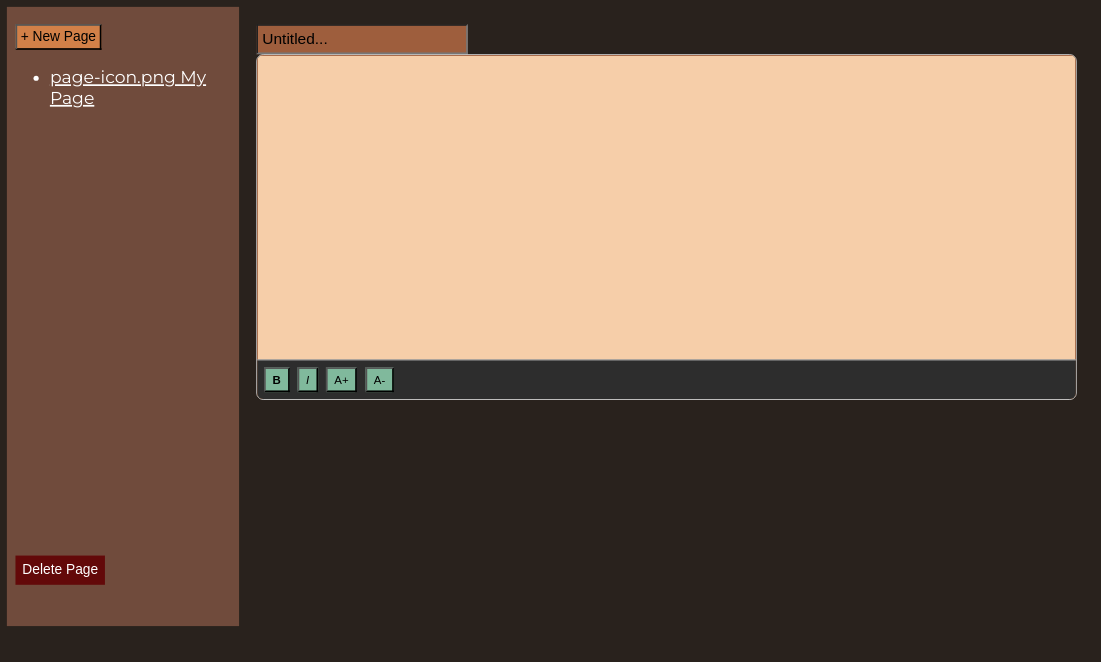
Repository: Dharshinimk-521/notes-app
Page: index.html
The author's editor kept a copy of each file at every save. The page is drawn from the files as they stood at one save, then again after the next save.
The browser window is 1280 px wide. The pictures show the whole page, at 86% of full size.

Above is the page before, as saved 2026-04-18 23:08:44.

### index.html
<!DOCTYPE html>
<html lang="en">
    <head>
        <meta charset="UTF-8">
        <meta name="viewport" content="width=device-width, initial-scale=1.0">
        <title>Notes App</title>
        <link rel="stylesheet" href="style.css">
        <link rel="preconnect" href="https://fonts.googleapis.com">
        <link rel="preconnect" href="https://fonts.gstatic.com" crossorigin>
        <link href="https://fonts.googleapis.com/css2?family=Montserrat:ital,wght@0,100..900;1,100..900&display=swap" rel="stylesheet">
        <script src="app.js" defer></script>
    </head>
    <body>
    <div class="app">

        <aside class="sidebar">
        <button id="newPageBtn">+ New Page</button>
        <ul id="pageList"></ul>
        <button id="deletePageBtn"> Delete Page</button>
        </aside>

        <main class="editor">
            <input id="pageTitle" placeholder="Untitled..." />

            <div class="editor-container">
                <div id="editorArea" contenteditable="true"></div>


                <div class="tool-bar">
                    <button onclick="formatText('bold')"><b>B</b></button>
                    <button onclick="formatText('italic')"><i>I</i></button>
                    <button onclick="changeFontSize(1)">A+</button>
                    <button onclick="changeFontSize(-1)">A-</button>
                </div>

            </div>
        </main>

    </div>


    </body>
</html>

### style.css
body{
    font-family:'Montserrat',sans-serif;
    background-color: #29221D;
}
.app {
  margin: 0;
  display: flex;
  height: 100vh;

}

.sidebar {
  width: 250px;
  background: #704B3C;
  padding: 10px;
}

.editor {
  flex: 1;
  padding: 20px;
}

#editorArea {
  min-height: 400px;
  background-color: #F6CEA9;
  border: 1px solid #9E5E3D;
  padding: 10px;
  font-size: 16px;
}
#newPageBtn{
 background-color: #D28048;
 padding: 4px;
 margin-top: 10px;
 cursor:pointer;
 font-size: 16px;
}
#pageTitle{
    padding:5px;
    background-color: #9E5E3D;
    color: black;
    font-size: 18px;
}
::placeholder{
    color:black;
    opacity: 1
}
#deletePageBtn {
    margin-top: 500px;
  margin-bottom: 90px;
  background: #630909;
  color: white;
  border: none;
  padding: 8px;
  cursor: pointer;
  font-size: 16px;
}
#pageList{
    text-decoration: underline;
    color:white;
    cursor: pointer;
    font-size: 20px;
}

.editor-container {
  position: relative;
  border: 1px solid #ddd;
  border-radius: 8px;
  height: 400px;
  overflow: hidden;
}

#editorArea {
  height: 100%;
  padding: 10px;
  padding-bottom: 50px;
  overflow-y: auto;
  outline: none;
  box-sizing: border-box;
}

.tool-bar {
  position: absolute;
  bottom: 0;
  left: 0;
  width: 100%;
  background: #2d2d2d;
  padding: 8px;
  border-top: 1px solid #ccc;
}

.tool-bar button {
  margin-right: 5px;
  padding: 5px 8px;
  cursor: pointer;
  background-color: #80b99c;
}

### app.js
// Load pages from localStorage OR use default
let pages = JSON.parse(localStorage.getItem("pages")) || [
  {
  id: "123",
  title: "My Page",
  content: "...",
  icon: "page-icon.png"
}
];

let currentPageId = null;

// Save all pages
function savePages() {
  localStorage.setItem("pages", JSON.stringify(pages));
}

// Create new page
function createPage() {
  const newPage = {
    id: Date.now().toString(),
    title: "Untitled",
    content: "",
    icon: "page-icon.png" // default icon
  };

  pages.push(newPage);
  savePages();
  renderPages();
  openPage(newPage.id);
}

// Render sidebar
function renderPages() {
  const pageList = document.getElementById("pageList");
  pageList.innerHTML = "";

  pages.forEach((page) => {
    const li = document.createElement("li");

    // icon + title
    li.innerHTML = `${page.icon} ${page.title}`;

    li.onclick = () => openPage(page.id);

    pageList.appendChild(li);
  });
}

// Open page
function openPage(id) {
    console.log("Opening page:", id);
  const page = pages.find(p => p.id === id);
  currentPageId = id;

  if (!page) return;

  document.getElementById("pageTitle").value = page.title;
  document.getElementById("editorArea").innerHTML = page.content;
}

// Auto save current page
function saveCurrentPage() {
  const page = pages.find(p => p.id === currentPageId);
  if (!page) return;

  page.title = document.getElementById("pageTitle").value;
  page.content = document.getElementById("editorArea").innerHTML;

  savePages();
}
//del func
function deleteCurrentPage() {
  if (!currentPageId) return;

  const confirmDelete = confirm("Delete this page?");
  if (!confirmDelete) return;

  pages = pages.filter(p => p.id !== currentPageId);

  savePages();
  renderPages();

  if (pages.length > 0) {
    openPage(pages[0].id);
  } else {
    currentPageId = null;
    document.getElementById("pageTitle").value = "";
    document.getElementById("editorArea").innerHTML = "";
  }
}
function formatText(command) {
  const editor= document.getElementById("editorArea");
  editor.focus();
  document.execCommand(command,false,null)
}
let currentFontSize = 3;
function changeFontSize(step){
  const editor= document.getElementById("editorArea");
  editor.focus();
  currentFontSize += step;
  if (currentFontSize < 1) currentFontSize = 1;
  if (currentFontSize > 7) currentFontSize = 7;

  document.execCommand("fontSize", false, currentFontSize);
}
// Event listeners
document.getElementById("newPageBtn").onclick = createPage;
document.getElementById("editorArea").addEventListener("input", saveCurrentPage);
document.getElementById("pageTitle").addEventListener("input", saveCurrentPage);
document.getElementById("deletePageBtn").onclick = deleteCurrentPage;

renderPages();

After the next save:
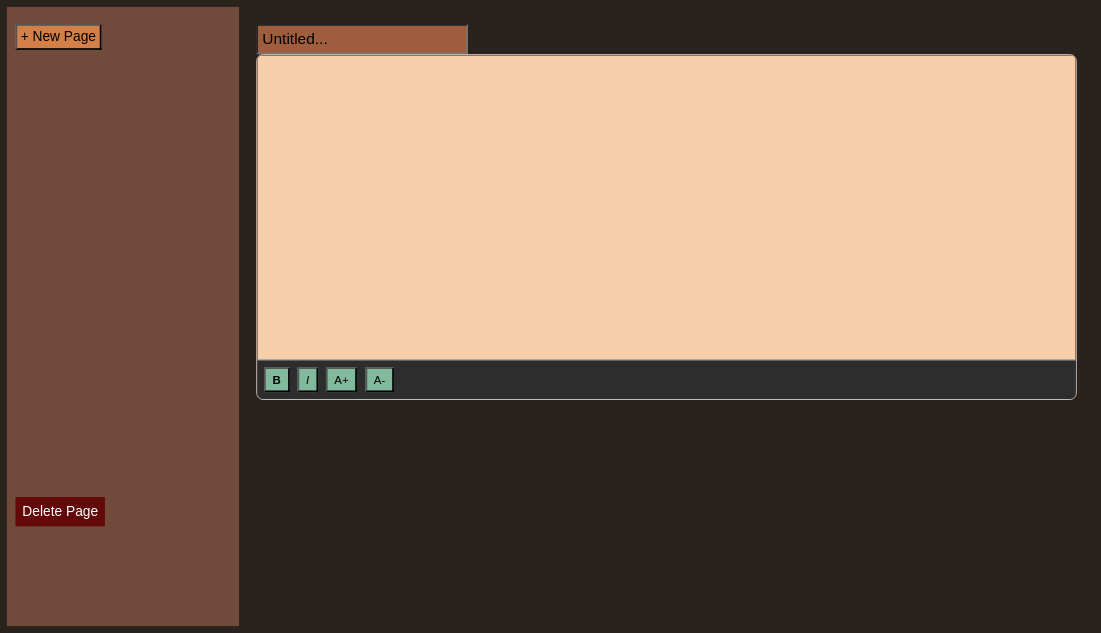
Console error: ReferenceError: renderPages is not defined
Saved 56 s later.
--- a/app.js
+++ b/app.js
@@ -31,21 +31,6 @@
 }
 
 // Render sidebar
-function renderPages() {
-  const pageList = document.getElementById("pageList");
-  pageList.innerHTML = "";
-
-  pages.forEach((page) => {
-    const li = document.createElement("li");
-
-    // icon + title
-    li.innerHTML = `${page.icon} ${page.title}`;
-
-    li.onclick = () => openPage(page.id);
-
-    pageList.appendChild(li);
-  });
-}
 
 // Open page
 function openPage(id) {

After the save that followed:
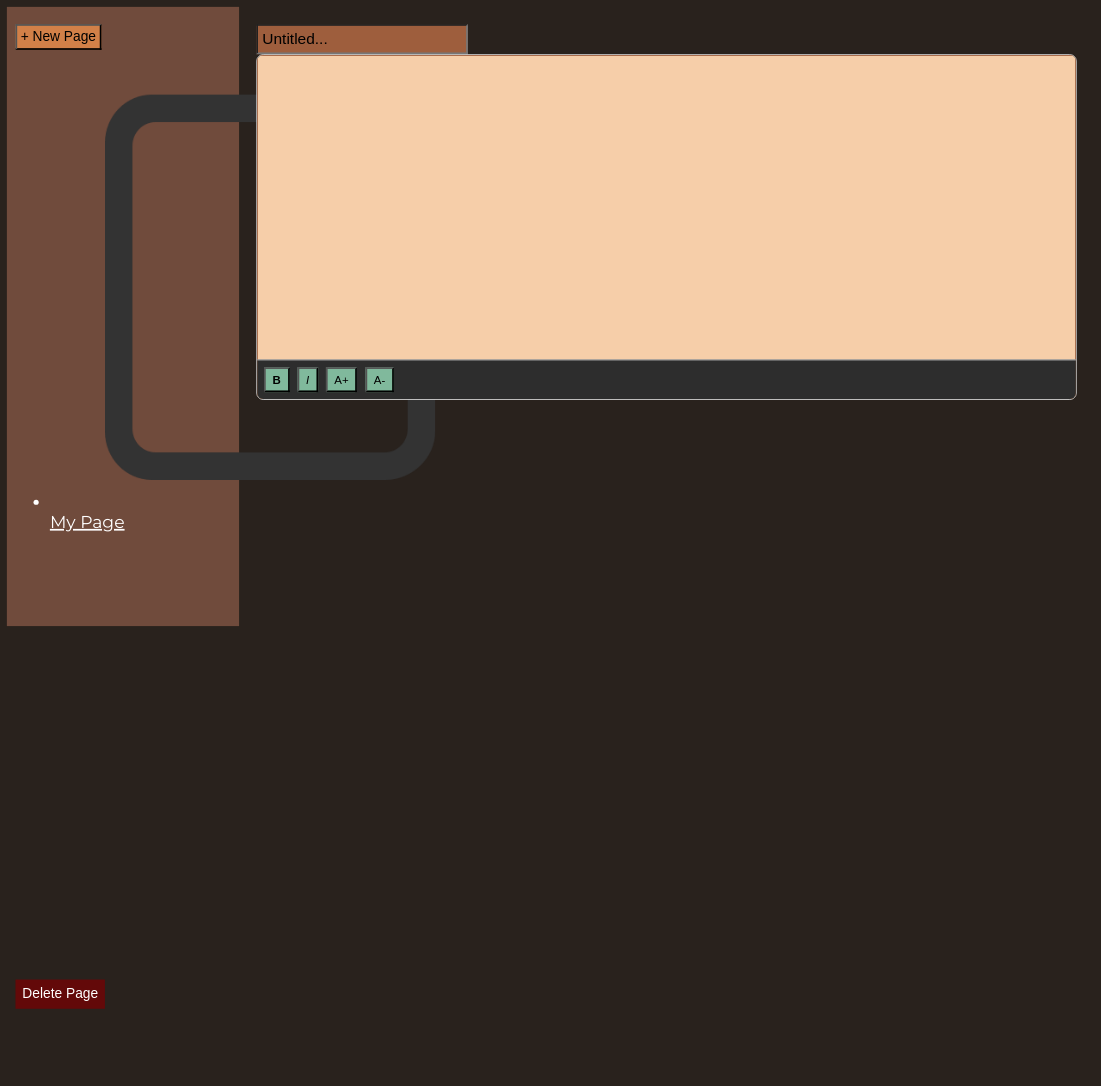
The error is gone.
Saved 15 s later.
--- a/app.js
+++ b/app.js
@@ -31,7 +31,23 @@
 }
 
 // Render sidebar
+function renderPages() {
+  const pageList = document.getElementById("pageList");
+  pageList.innerHTML = "";
 
+  pages.forEach((page) => {
+    const li = document.createElement("li");
+
+    li.innerHTML = `
+      <img src="page-icon.png" class="page-icon">
+      <span>${page.title}</span>
+    `;
+
+    li.onclick = () => openPage(page.id);
+
+    pageList.appendChild(li);
+  });
+}
 // Open page
 function openPage(id) {
     console.log("Opening page:", id);
